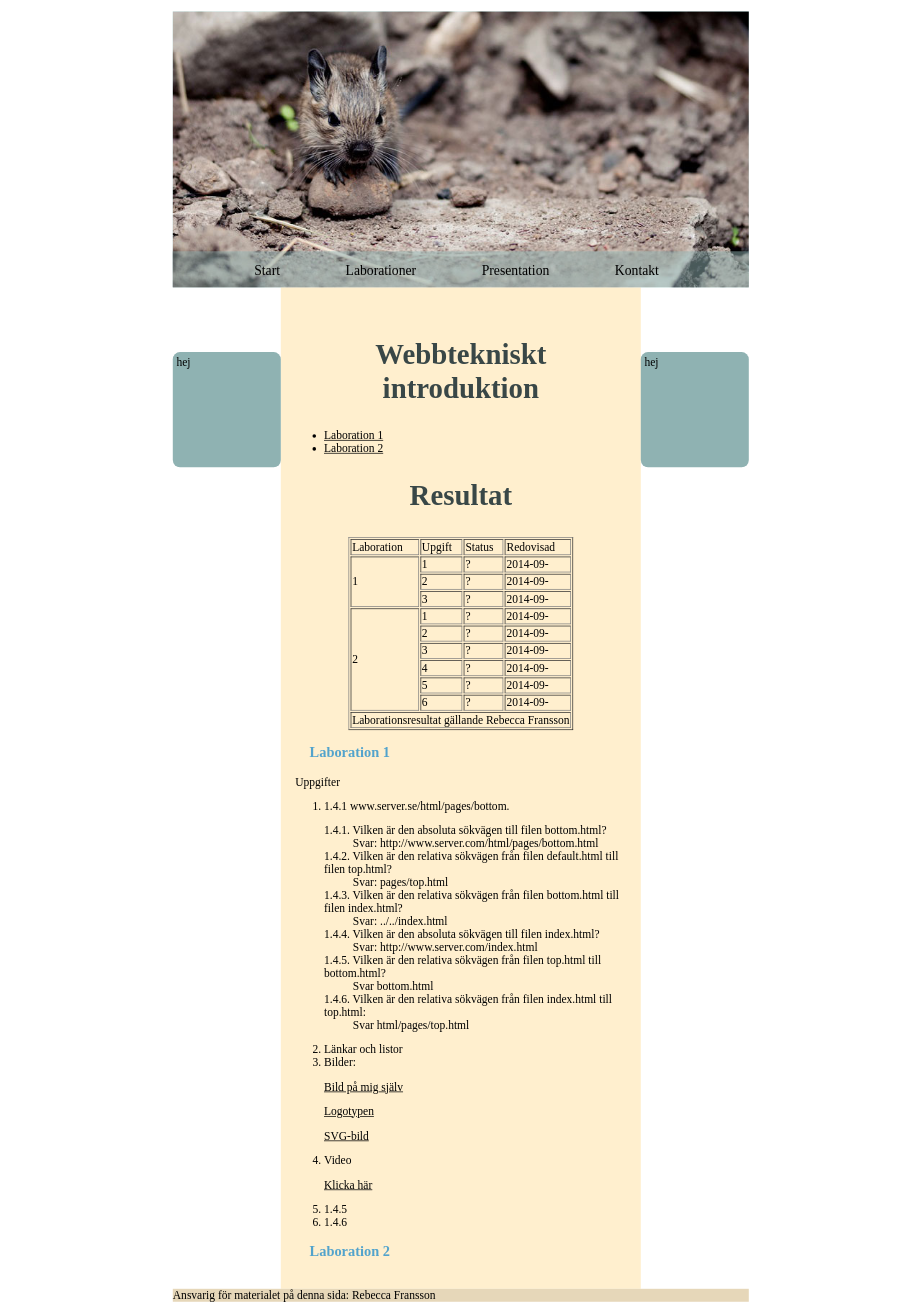
Repository: RebeccaFransson/Interfacedevelopment-1IK415
Page: pages/laborationer.html
The author's editor kept a record of every edit. The page is drawn from the files as they stood at one moment, then again after the next edit.
The browser window is 1280 px wide. The pictures show the whole page, at 72% of full size.

Above is the page before.

After the next edit:
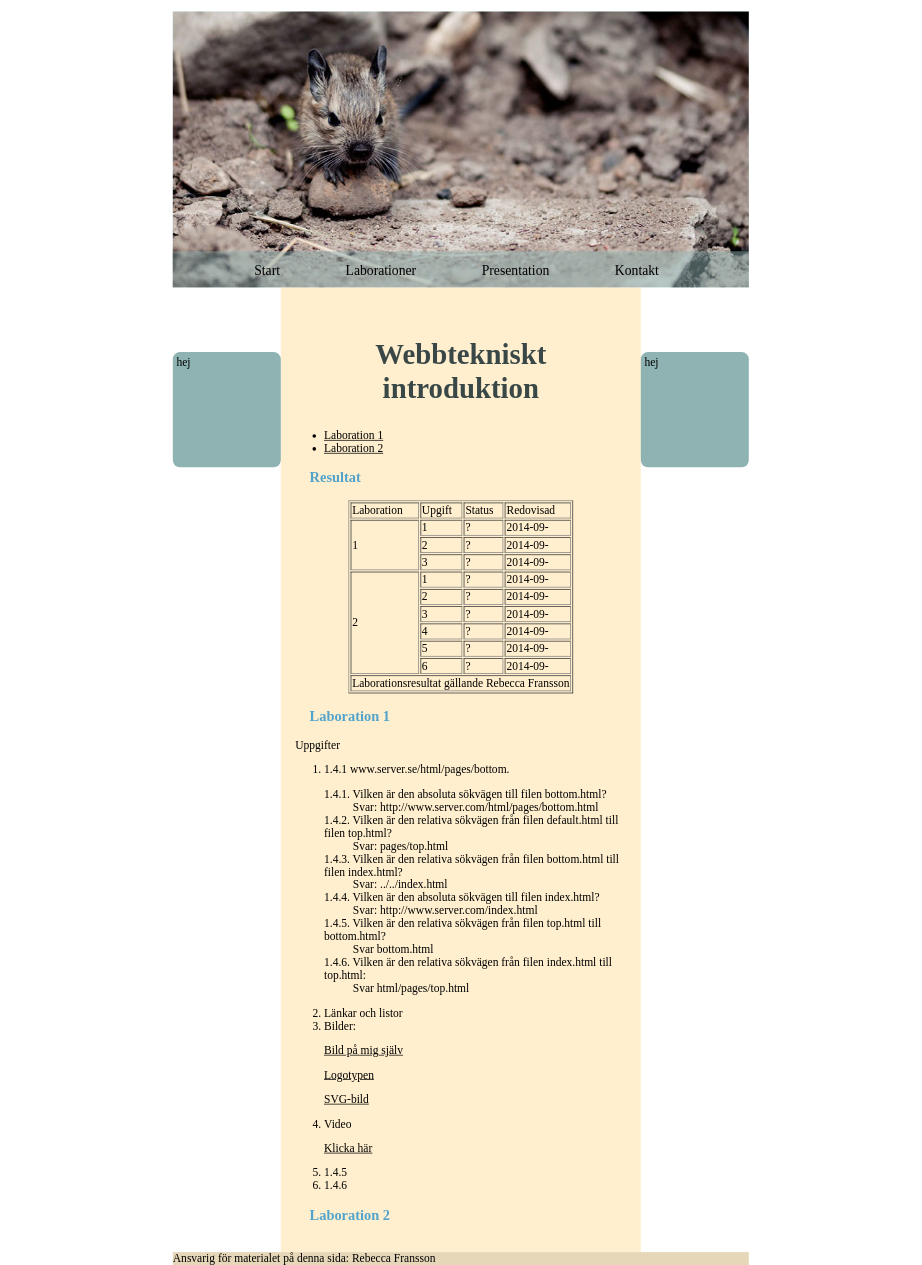
The edit:
--- a/pages/laborationer.html
+++ b/pages/laborationer.html
@@ -35,7 +35,7 @@
                 <li><a href="#Laboration_2">Laboration 2</a> </li>
             </ul>
 
-         <h2>Resultat</h2>
+         <h3>Resultat</h3>
          <table border="1"> <!--Tabell-->
              <thead>
                 <tr>
